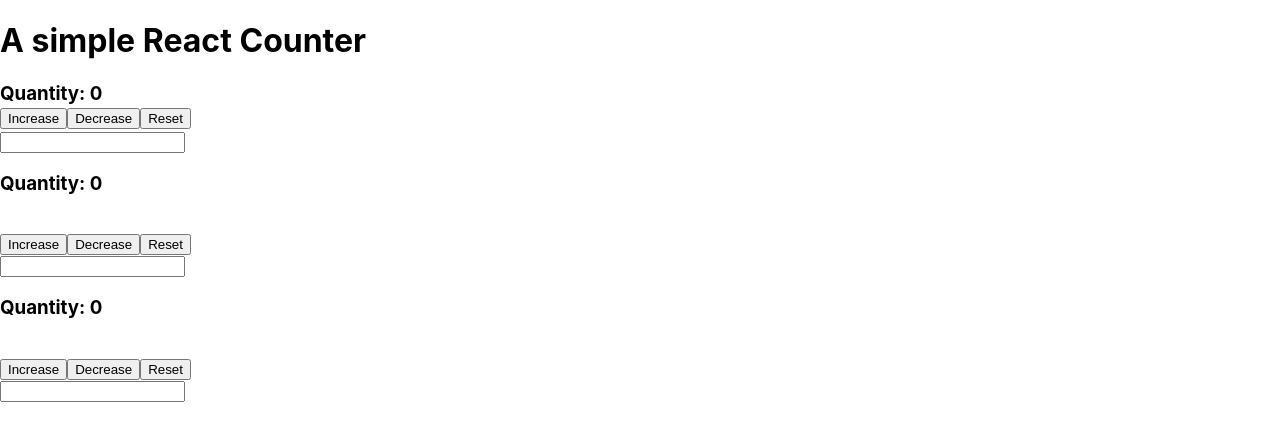
Repository: qudos4real/altschool-second-sem
Page: /
These files come from the project's save history. The page is drawn as it stood at one moment and after the next save; the edit follows.
The browser window is 1280 px wide. The pictures show the whole page.
The project was rebuilt for these pictures with package versions that can differ from the ones it lists, and the page was loaded fresh each time. Also part of the build but not shown: src/App.css.

Above is the page before, as saved 2022-11-03 02:25:53.

### src/App.js
import Counter from './Counter';
import './App.css';
import Reducer from './Reducer';



function App() {

  return (
    <>
    <h1>
      A simple React Counter
    </h1>
    <Counter />
    <Reducer />
    <Reducer />
    </>

  );
}

export default App;

### src/Counter.js
import React from "react";
import { useCounter } from "./useCounter";

function Counter() {
  const quantity = useCounter(0);
  return (
    <div>
      <h3>
        Quantity: {quantity.count}
        <br />
        <button onClick={quantity.increment}>Increase</button>
        <button onClick={quantity.decrement}>Decrease</button>
        <button onClick={quantity.reset}>Reset</button>
        <br />
        <input
          type="number"
          onChange={(e) => quantity.setValue(e.target.value)}
        />
      </h3>
    </div>
  );
}

export default Counter;

### src/Reducer.js
import React from 'react'
import { useReducer } from 'react';


function reducer(state, action) {
    switch (action.type) {
        case 'increment':
            return { count: state.count + 1 };
        case 'decrement':
            return { count: state.count - 1 };
        case 'reset':
            return { count: 0 };
            case "setValue":
                return { count: action.value };
        default:
            return state;
    }
}



 function Reducer() {
        const [state, dispatch] = useReducer(reducer, { count: 0 });
    return (
        <>
            <h3> Quantity: {state.count}</h3>
            <br />
            <button onClick={() => dispatch({ type: 'increment' })}>Increase</button>
            <button onClick={() => dispatch({ type: 'decrement' })}>Decrease</button>
            <button onClick={() => dispatch({ type: 'reset' })}>Reset</button>
            <br />
            <input type="number" onChange={(e) => dispatch({ type: "setValue", value: e.target.value })} />

        </>
    )
 }

 export default Reducer

### src/useCounter.js
import { useState } from "react";

export const useCounter = (initialValue) => {
    const [count, setCount] = useState(initialValue);
    const increment = () => {
        setCount(count + 1);
    };
    const decrement = () => {
        count > 0 && setCount(count - 1);
    };
    const reset = () => {
        setCount(initialValue);
    };
    const setValue = (value) => {
        setCount(value);
    };
    return { count, increment, decrement, reset, setValue };
};

Loaded but not shown: public/index.html (common file); src/index.js (common file); src/index.css (common file); src/reportWebVitals.js (common file)

After the next save:
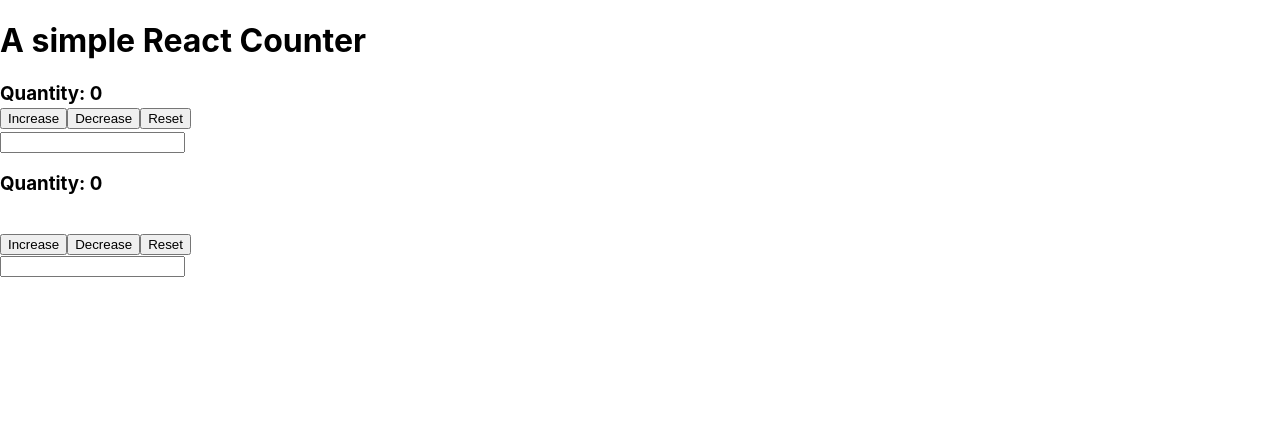
Saved 69 s later.
--- a/src/App.js
+++ b/src/App.js
@@ -13,7 +13,6 @@ function App() {
     </h1>
     <Counter />
     <Reducer />
-    <Reducer />
     </>
 
   );
